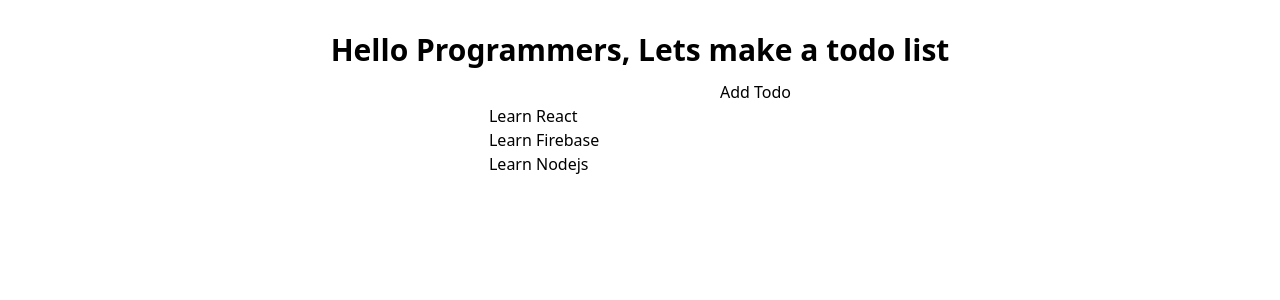
Repository: Shamraiz761/todo_list
Page: /
An editor plug-in stored every save of this project. The page is shown before and after the next save, followed by the edit.
The browser window is 1280 px wide. The pictures show the whole page.
The project was rebuilt for these pictures with package versions that can differ from the ones it lists, and the page was loaded fresh each time. Also part of the build but not shown: vite.config.js.

Above is the page before, as saved 2024-01-11 22:35:58.

After the next save:
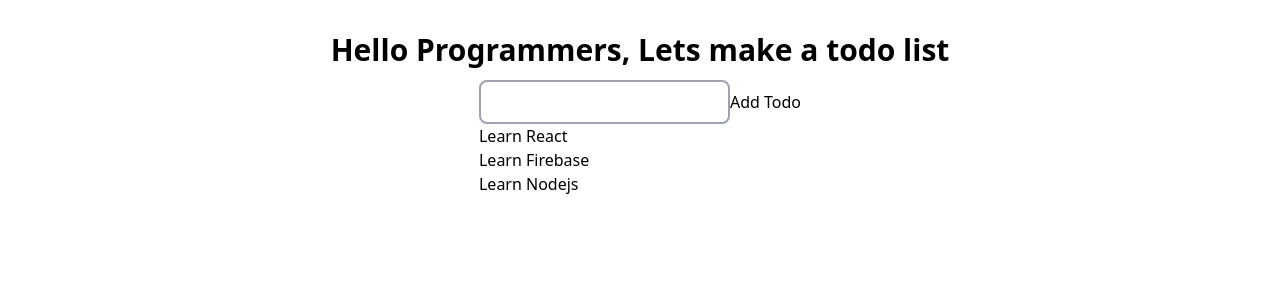
Saved 4 s later.
--- a/src/App.jsx
+++ b/src/App.jsx
@@ -24,7 +24,7 @@ function App() {
             <input
               type="text"
               value={input}
-              className=""
+              className="border-2 border-gray-400 p-2 rounded-lg"
               onChange={(e) => {
                 setInput(e.target.value);
               }}
